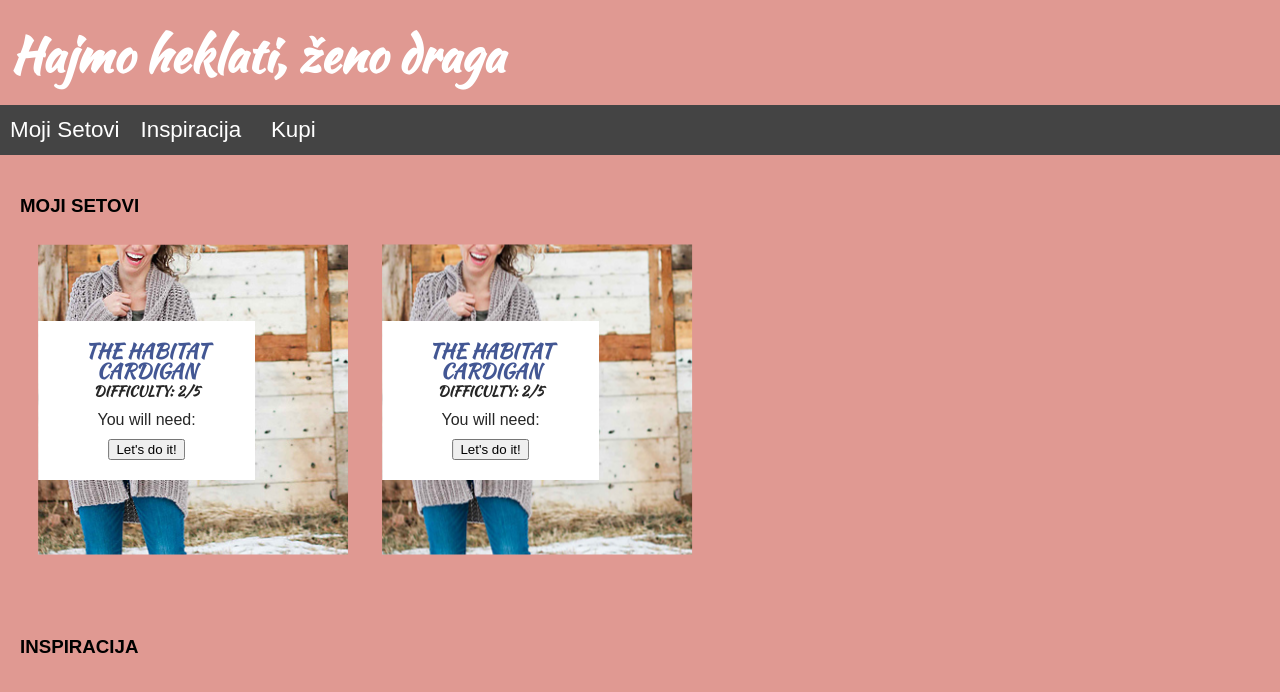
Repository: sdnc/Heklamo
Page: index.html
These files come from the project's save history. The page is drawn as it stood at one moment and after the next save; the edit follows.
The browser window is 1280 px wide. The pictures show the whole page.

Above is the page before, as saved 2020-12-24 15:01:23.
Console error: ReferenceError: $ is not defined

### index.html
<html>

<head>
  <meta charset="UTF-8" />
  <meta name="viewport" content="width=device-width, initial-scale=1.0" />
  <title>Heklamo</title>
  <link rel="preconnect" href="https://fonts.gstatic.com">
<link href="https://fonts.googleapis.com/css2?family=Kaushan+Script&display=swap" rel="stylesheet">
  <link href="https://maxcdn.bootstrapcdn.com/font-awesome/4.7.0/css/font-awesome.min.css" rel="stylesheet">
  <link rel="stylesheet" href="styles.css" />
  <script src="https://unpkg.com/vue@next" defer></script>
  <script src="app.js" defer></script>
</head>

<body>
  <!--1) -->
  <!--2) -->
  <section id="header">
    <h1>Hajmo heklati, ženo draga</h1>
  </section>
  <section class="nav">
    <ul>
      <li class="setove"><a href="#">Moji Setovi</a></li>
      <li class="inspiracija"><a href="#">Inspiracija</a></li>
      <li class="kupi"><a href="#">Kupi</a></li>
    </ul>
  </section>
    <section id="sets" class="divider">
      <h3>MOJI SETOVI</h3>
    <div class="card">
      <div class="image">
        <img
          src="img/habitatcardigan.jpg" />
      </div>
      <div class="details">
        <div class="center">
          <h1>The Habitat Cardigan<br><span>Difficulty: 2/5</span></h1>
          <p>You will need:</p>
          <button>Let's do it!</button>
        </div>
      </div>
    </div>

    <div class="card">
      <div class="image">
        <img src="img/habitatcardigan.jpg" />
      </div>
      <div class="details">
        <div class="center">
          <h1>The Habitat Cardigan<br><span>Difficulty: 2/5</span></h1>
          <p>You will need:</p>
          <button>Let's do it!</button>
        </div>
      </div>
    </div>
  </section>

  <section id="inspiration" class="divider">
    <h3>INSPIRACIJA</h3>



  </section>

  <section id="buy" class="divider">

  </section>

  <script>


  </script>
</body>

</html>

### styles.css
body {
  margin: 0;
  padding: 0;
  font-family: sans-serif;
  background-color: #e09992;
}

.divider {
  margin: 40px 0 30px 20px;
}

h1 {
  font-family: "Kaushan Script", sans-serif;
  font-size: 48;
  margin: 20px 0 15px 10px;
  color: white;
}
/* NAV BAR */

.nav ul {
  list-style: none;
  background-color: #444;
  text-align: left;
  padding: 0;
  margin: 0;
}
.nav li {
  font-family: 'Oswald', sans-serif;
  padding-left: 10px;
  line-height: 40px;
  height: 40px;
  border-bottom: 1px solid #888;
}

.nav a {
  text-decoration: none;
  color: #fff;
  display: block;
  transition: .3s background-color;
}

.nav a:hover {
  background-color: #005f5f;
}
/*
.nav a.active {
  background-color: #fff;
  color: #444;
  cursor: default;
} */

@media screen and (min-width: 600px) {
  .nav li {
    width: 120px;
    border-bottom: none;
    height: 50px;
    line-height: 50px;
    font-size: 1.4em;
  }

  /* Option 1 - Display Inline */
  .nav li {
    display: inline-block;
    margin-right: -4px;
  }

/* MY SETS - section */
.card {
  margin: 5px 15px;
  display: inline-block;
  transform: translate(1%,1%);
  width: 310px;
  height: 350px;
}
.image {
  width: 310px;
  height: 350px;
  overflow: hidden;
}
.card .image img {
  width: 100%;
  transition: .5s;
}
.card:hover .image img {
  opacity: .5;
  transform: translateX(30%);/*100%*/
}
.card .details {
  position: absolute;
  top: 0;
  left: 0;
  width: 70%;/*100%*/
  height: 89%;
  background: #7ca9e0;
  transition: .5s;
  transform-origin: left;
  transform: perspective(2000px) rotateY(-90deg);
}
.card:hover .details {
  transform: perspective(2000px) rotateY(0deg);
}
.card .details .center {
  padding: 20px;
  text-align: center;
  background: #fff;
  position: absolute;
  top: 50%;
  transform: translateY(-50%);
}
.card .details .center h1 {
  margin: 0;
  padding: 0;
  color: #435794;
  line-height: 20px;
  font-size: 20px;
  text-transform: uppercase;
}
.card .details .center h1 span {
  font-size: 14px;
  color: #262626;
}
.card .details .center p {
  margin: 10px 0;
  padding: 0;
  color: #262626;
}

/* INPIRATION SECTION */

### app.js
$('#recipeCarousel').carousel({
    interval: 10000
  })

  $('.carousel .carousel-item').each(function(){
      var minPerSlide = 3;
      var next = $(this).next();
      if (!next.length) {
      next = $(this).siblings(':first');
      }
      next.children(':first-child').clone().appendTo($(this));

      for (var i=0;i<minPerSlide;i++) {
          next=next.next();
          if (!next.length) {
              next = $(this).siblings(':first');
            }

          next.children(':first-child').clone().appendTo($(this));
        }
  });

After the next save:
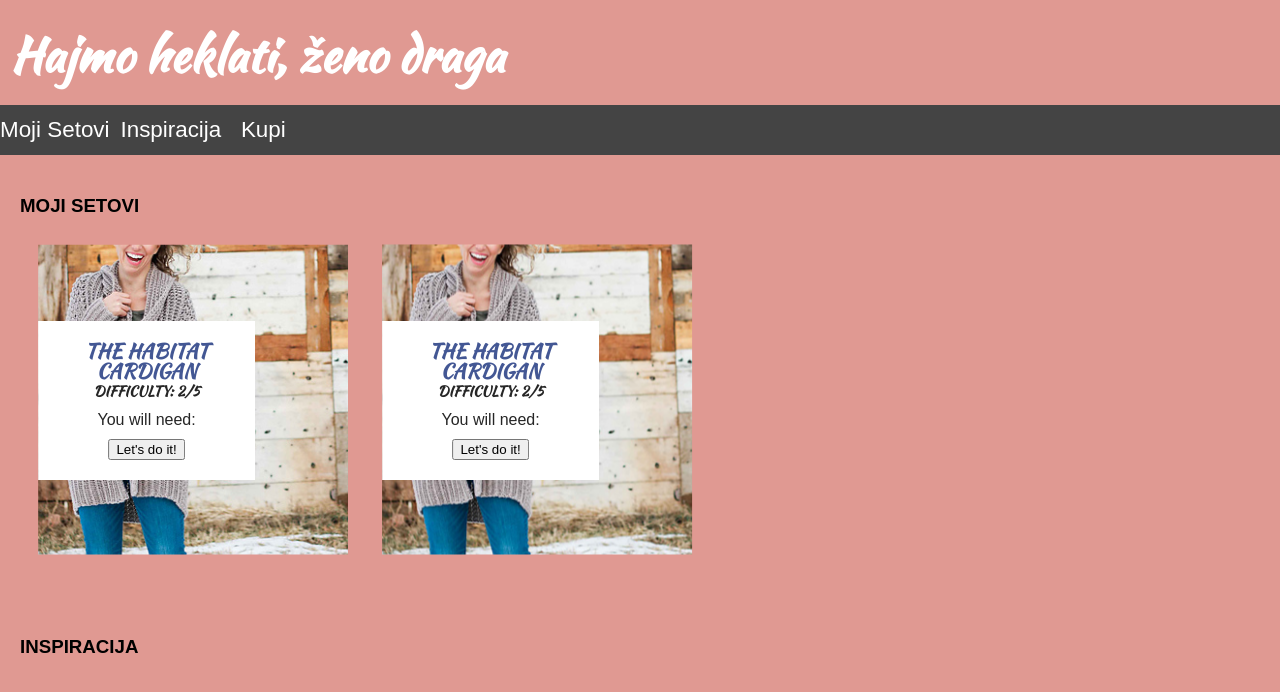
Saved 9 s later.
--- a/styles.css
+++ b/styles.css
@@ -26,9 +26,6 @@
 }
 .nav li {
   font-family: 'Oswald', sans-serif;
-  padding-left: 10px;
-  line-height: 40px;
-  height: 40px;
   border-bottom: 1px solid #888;
 }
 

After the save that followed:
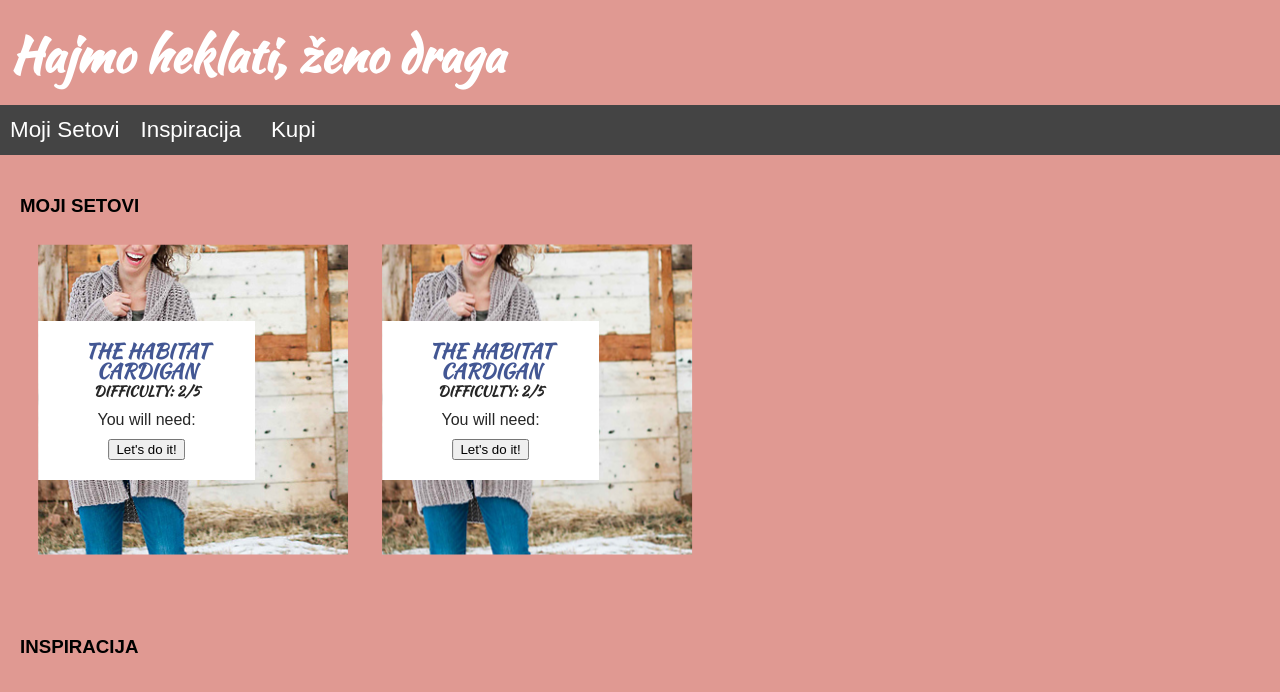
Saved 15 s later.
--- a/styles.css
+++ b/styles.css
@@ -26,6 +26,10 @@
 }
 .nav li {
   font-family: 'Oswald', sans-serif;
+  font-size: 0.2rem;
+  padding-left: 10px;
+  line-height: 40px;
+  height: 40px;
   border-bottom: 1px solid #888;
 }
 
